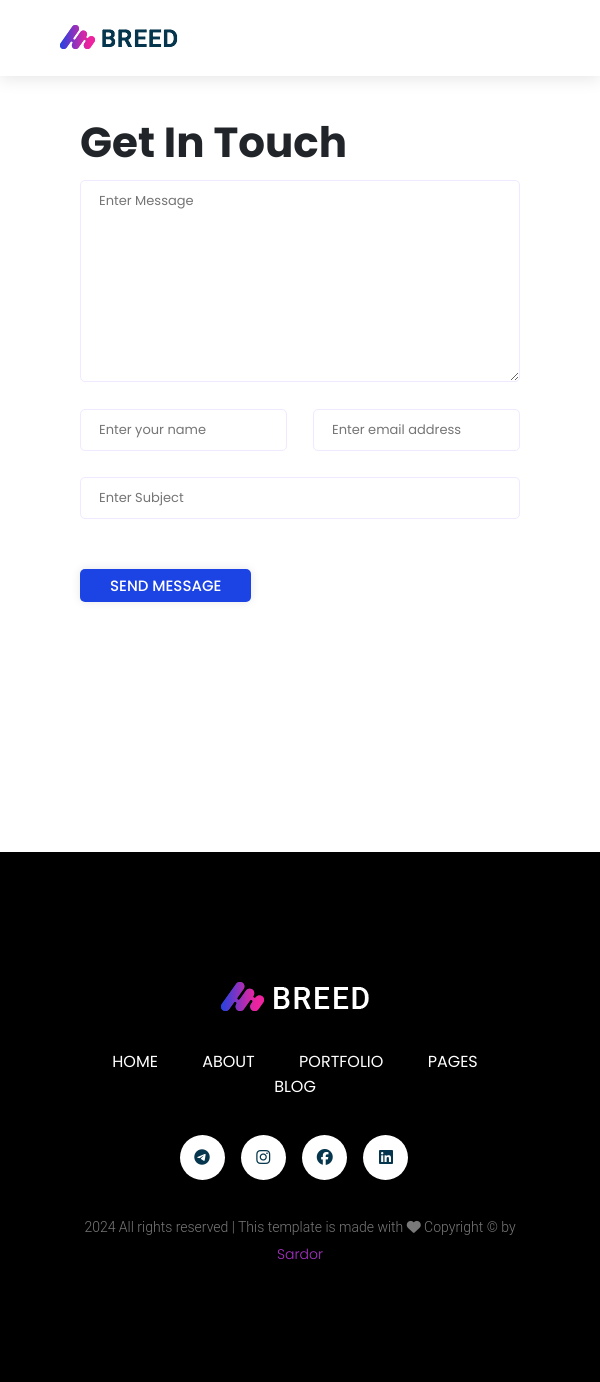
Repository: whoami2991/Sardorbek-Portfolio---Home
Page: contact.html
These files come from the project's save history. The page is drawn as it stood at one moment and after the next save; the edit follows.
The browser window is 600 px wide. The pictures show the whole page.

Above is the page before, as saved 2024-08-03 21:13:11.

### contact.html
<!DOCTYPE html>
<html lang="en">
<head>
    <meta charset="UTF-8">
    <meta name="viewport" content="width=device-width, initial-scale=1.0">
    <title>Portfolio - Contact</title>
    <link rel="stylesheet" href="shared.css">
    <link rel="stylesheet" href="contact.css">
    <link rel="stylesheet" href="https://cdnjs.cloudflare.com/ajax/libs/font-awesome/6.5.1/css/all.min.css" integrity="sha512-DTOQO9RWCH3ppGqcWaEA1BIZOC6xxalwEsw9c2QQeAIftl+Vegovlnee1c9QX4TctnWMn13TZye+giMm8e2LwA==" crossorigin="anonymous" referrerpolicy="no-referrer" />
    <link rel="icon" href="icons8-briefcase-94.png" type="image/png">
    <link href='https://unpkg.com/boxicons@2.1.4/css/boxicons.min.css' rel='stylesheet'>
</head>
<body>
    <!--Header section-->
    <header class="main-header">
        <div class="wrapper">
            <div class="brand">
                <a href="index.html">
                    <img src="logo.png" alt="logo">
                </a>
            </div>
            <nav class="main-navigation">
                <ul class="main-navigation__items">
                    <li class="main-navigation__item">
                        <a href="/index.html">Home</a>
                    </li>
                    <li class="main-navigation__item">
                        <a href="#">About</a>
                    </li>
                    <li class="main-navigation__item">
                        <a href="#">Portfolio</a>
                    </li>
                    <li class="main-navigation__item">
                        <a href="#">Pages</a>
                    </li>
                    <li class="main-navigation__item">
                        <a href="#">Blog</a>
                    </li>
                    <li class="main-navigation__item">
                        <a href="#">Contact</a>
                    </li>
                </ul>
            </nav>
        </div>
    </header>
    <div class="wrapper">
        <section class="contact">
            <div class="section-title">Get in Touch</div>
            <form action="/server.php" method="get">
                <textarea name="message" id="message" cols="30" rows="9" placeholder="Enter Message"></textarea>
                <div class="half-row contact_firstname">
                    <input type="text" placeholder="Enter your name" name="firsname">
                </div>
                <div class="half-row contact_email">
                    <input type="email" placeholder="Enter email address" name="email">
                </div>
                <input class="input_enter" type="text" placeholder="Enter Subject" name="subject">
                <button class="button to-uppercase contact_send" type="submit">Send message</button>
            </form>
        </section>
    </div>
    <!--Footer section-->
    <footer class="footer-area">
        <div class="wrapper">
            <section class="footer">
                <div class="footer-logo">
                    <a href="#">
                        <img src="logo2.png" alt="footer logo">
                    </a>
                    <div class="footer-nav">
                        <nav class="footer-main_nav">
                            <ul class="footer-main_nav-items">
                                <li class="nav-item">
                                    <a href="#">Home</a>
                                </li>
                                <li class="nav-item">
                                    <a href="#">about</a>
                                </li>
                                <li class="nav-item">
                                    <a href="#">portfolio</a>
                                </li>
                                <li class="nav-item">
                                    <a href="#">pages</a>
                                </li>
                                <li class="nav-item">
                                    <a href="#">blog</a>
                                </li>
                            </ul>
                        </nav>
                    </div>

                </div>
                <div class="footer-social">
                    <a href="https://t.me/ism018"><i class="fa-brands fa-telegram"></i></a>
                    <a href="https://www.instagram.com/imsard0r/" class="social-instagram_color"><i class="fa-brands fa-instagram"></i></a>
                    <a href="https://www.facebook.com/sardorbek.ismoilov.545/"><i class="fa-brands fa-facebook"></i></a>
                    <a href="https://www.linkedin.com/in/sardor-ismoilov/"><i class="fa-brands fa-linkedin"></i></a>
                </div>
                    <div class="footer-bottom">
                        <p class="col-lg-8 col-sm-12 footer-text"><script>document.write(new Date().getFullYear());</script> All rights reserved | This template is made with <i class="fa fa-heart" aria-hidden="true"></i>
                            Copyright © by <a href="https://t.me/ism018" target="_blank">Sardor</a>
                        </p>
                    </div>
            </section>
        </div>
    </footer>
</body>
</html>

### shared.css
@import url("https://fonts.googleapis.com/css2?family=Poppins:wght@300;400;500;600;700;800;900&display=swap");
/*===============Core styles===============*/
* {
    font-family: "Poppins", sans-serif;
    box-sizing: border-box;
}
body{

    margin: 0;
}
.wrapper{
    width: 1110px;
    margin: 0 auto;
}
.section-subtitle{
    letter-spacing: 2px;
    font-weight: 500;
    color: #797979;
    text-transform: uppercase;
    margin: 5px 0 0;
    font-size: 15px;
    font-weight: 600;
}
.section-title{
    font-size: 42px;
    font-weight: 700;
    text-transform: capitalize;
    color: #212529;
    margin: 15px 0 0 0;
    line-height: 55px;
}

.blur-line{
    display: inline-block;
    vertical-align: middle;
    margin-left: 5px;
    width: 80px;
    height: 4px;
    background: rgba(237,35,159,0.6);
    filter: blur(4px);
}
.button{
    border: none;
    background-color: #1c44e4;
    color: #fff;
    font-weight: 500;
    font-size: 15px;
    padding: 15px 40px;
    cursor: pointer;
    border-radius: 5px;
    box-shadow: 0 0 10px rgba(0, 0, 0, 0.1);
    -webkit-transition-duration: 0.3;
    transition-duration: 0.3;
    -webkit-transition-property: box-shadow, transform;
    transition-property: box-shadow, transform;
}
.button:hover, .button:focus, button:active{
    box-shadow: 0 0 20px rgba(0, 0, 0, 0.5);
    -webkit-transform: scale(1.1);
    transform: scale(1.1);
}
.to-uppercase{
    text-transform: uppercase;
}
.clearfix{
    clear: both;
}
/*===============Header styles==============*/
.main-header{
    position: fixed;
    z-index: 10;
    background-color: #fff;
    width: 100%;
    top: 0;
    left: 0;
    box-shadow: 0px 3px 16px 0px rgb(0 0 0 / 10%);
}
.brand {
    display: inline-block;
    margin-top: 25px;
    border-style: none;
    margin-right: 60px;
}
.main-navigation{
    display: inline-block;
    vertical-align: top;
    padding-top: 5px;
}
.main-navigation__item{
    display: inline-block;
    padding: 5px 15px;
}
.main-navigation__item a{
    color: #05364D;
    text-decoration: none;
    font-weight: 500;
    text-transform: uppercase;
    transition: 0.5s;
}
.main-navigation__item a:hover{
    color: #1c44e4;
}
/*==============Footer section styles=================*/
.footer-area{
    margin-top: 150px;
    padding-top: 130px;
    background-color: #000;
}
.footer-logo{
    text-align: center;
    display: block;
    margin-left: -10px;
}
.footer-nav{
    padding-top: 15px;
}
.footer-main_nav{
    text-decoration: none;
    margin-left: -40px;
}
.footer-main_nav-items{
    list-style: none;
    display: inline-block;
}
.footer-main_nav-items li{
    display: inline-block;
    padding: 0 20px 0;
}
.footer-main_nav-items a{
    display: inline-block;
    text-transform: uppercase;
    text-decoration: none;
    color: #fff;
}
.footer-social {
    padding: 20px;
    align-items: center;
    text-align: center;
}
.footer-social a{
    display: inline-block;
    width: 45px;
    height: 45px;
    line-height: 45px;
    text-align: center;
    background: #ffffff;
    border-radius: 36px;
    color: #05364d;
    font-size: 16px;
    margin-right: 12px
}
.footer-social a:hover{
    transition: 0.4s;
    background: linear-gradient(90deg, #1345e6 0%, #ed239f 100%);
    color: #fff;
}
.footer-bottom{
    padding-top: 0px;
    padding-bottom: 100px;
}
.footer-bottom p{
    text-align: center;
    font-size: 14px;
    line-height: 27px;
    font-weight: 300;
    font-family: "Roboto",sans-serif;
    color: #797979;
}
.footer-bottom a{
    color: #a932c7;
    text-decoration: none;
}

@media only screen and (max-width: 767px) {
    .wrapper{
        width: 80%;
    }
    .main-navigation{
        display: none;
    }
    .brand{
        margin-bottom: 20px;
    }
    .button{
        padding: 5px 30px;
    }
}

### contact.css
.contact{
    padding: 100px 20px;
}
textarea, input{
    width: 100%;
    padding: 10px;
    margin-bottom: 10px;
    margin-top: 10px;
    border: 1px solid #f0e9ff;
    border-radius: 5px;
    padding-left: 18px;
    font-size: 13px;
    background: transparent;
    color: #495057;
}
.input_enter{
    margin-top: 16px;
}
textarea:focus,
input:focus{
    outline: 0;
}
.half-row{
    width: 50%;
    float: left;
    box-sizing: border-box;
}
.contact_firstname{
    padding-right: 13px;
}
.contact_email{
    padding-left: 13px;
}
.contact_send{
    margin-top: 40px;

}

After the next save:
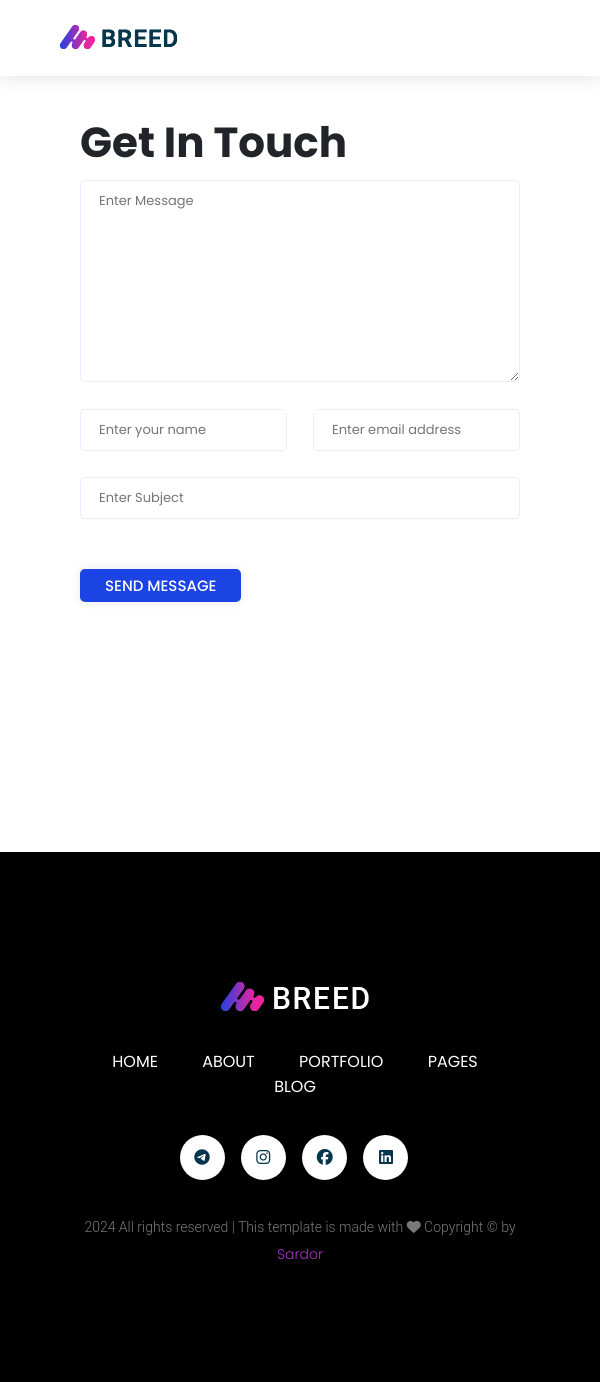
Saved 68 s later.
--- a/shared.css
+++ b/shared.css
@@ -182,6 +182,6 @@ body{
         margin-bottom: 20px;
     }
     .button{
-        padding: 5px 30px;
+        padding: 5px 25px;
     }
 }
